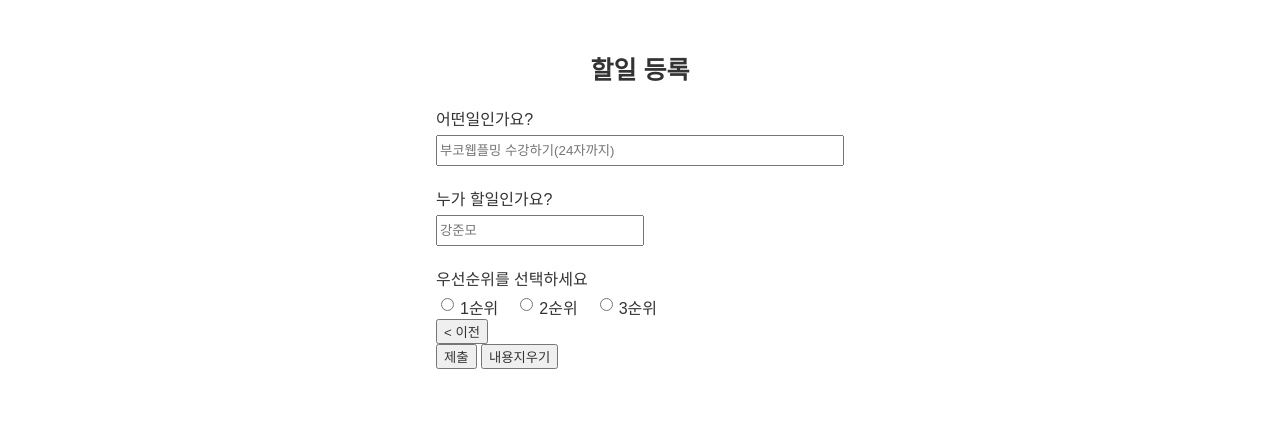
Repository: JmKanmo/BoostCourse_WebProgramming
Page: http://localhost/Todo/TodoFormServlet
These files come from the project's save history. The page is drawn as it stood at one moment and after the next save; the edit follows.
The browser window is 1280 px wide. The pictures show the whole page.
The page is served by Tomcat 9. Other server files are loaded and not shown.

Above is the page before, as saved 2020-01-21 01:30:21.

### Todo/src/main/webapp/todoForm.jsp
<%@ page language="java" contentType="text/html; charset=UTF-8"
	pageEncoding="UTF-8"%>
<!DOCTYPE html>
<html>
<head>
<meta charset="UTF-8">
<title>Insert title here</title>
<link rel="stylesheet" href="./css/todoForm.css">
</head>

<body>
	<div class="wrap">
		<form action="http://localhost:8080/Todo/TodoAddServlet" method="POST">
			<h1 class="title">할일 등록</h1>

			<div class="work_box">
				<label for="work">어떤일인가요?</label> <input type="text" id="work"
					class="workInput" placeholder="부코웹플밍 수강하기(24자까지)" required
					maxlength="24" />
			</div>

			<div class="who_box">
				<label for="who">누가 할일인가요?</label> <input type="text" id="who"
					class="whoInput" placeholder="강준모" required />
			</div>

			<div class="priority_box clear_fix">
				<label for="priority_1th">우선순위를 선택하세요</label>

				<div class="priority clear_fix">
					<input type="radio" id="priority_1th" name="priority" value="1th">
					<label for="priority_1th">1순위</label>
				</div>

				<div class="priority clear_fix">
					<input type="radio" id="priority_2th" name="priority" value="2th">
					<label for="priority_2th">2순위</label>
				</div>

				<div class="priority clear_fix">
					<input type="radio" id="priority_3th" name="priority" value="3th">
					<label for="priority_3th">3순위</label>
				</div>
			</div>

			<div class="button_box clear_fix">
				<button class="prev_btn" value="뒤로가기" onclick="history.back();">
					<p>< 이전</p>
				</button>

				<div class="btn_group clear_fix">
					<button class="submit_btn" type="submit" value="result">
						<p>제출</p>
					</button>
					<button class="reset_btn" type="reset" value="Reset">
						<p>내용지우기</p>
					</button>
				</div>
			</div>
		</form>
	</div>
</body>
</html>

### Todo/src/main/java/Todo/TodoFormServlet.java
package Todo;

import java.io.IOException;

import javax.servlet.RequestDispatcher;
import javax.servlet.ServletException;
import javax.servlet.annotation.WebServlet;
import javax.servlet.http.HttpServlet;
import javax.servlet.http.HttpServletRequest;
import javax.servlet.http.HttpServletResponse;

/**
 * Servlet implementation class TodoFormServlet
 */
@WebServlet("/TodoFormServlet")
public class TodoFormServlet extends HttpServlet {
	private static final long serialVersionUID = 1L;

	/**
	 * @see HttpServlet#HttpServlet()
	 */
	public TodoFormServlet() {
		super();
		// TODO Auto-generated constructor stub
	}

	/**
	 * @see HttpServlet#doGet(HttpServletRequest request, HttpServletResponse
	 *      response)
	 */
	protected void doGet(HttpServletRequest request, HttpServletResponse response)
			throws ServletException, IOException {
		// TODO Auto-generated method stub
		RequestDispatcher requestDispatcher = getServletContext().getRequestDispatcher("/todoForm.jsp");
		requestDispatcher.forward(request, response);
	}

}

### Todo/src/main/webapp/css/todoForm.css
@charset "utf-8";

/* 초기화 */
html, body, h1, h2, h3, ul, ol, p, a, dl, dt, dd, figure {
	margin: 0;
	padding: 0;
	font-family: '나눔 고딕', NanumGothic, '돋움', Dotum, sans-serif;
	list-style: none;
	font-weight: normal;
	text-decoration: none;
	outline: none;
	color: #333;
}

.clear_fix::after {
	display: block;
	content: "";
	clear: both;
}

.blind {
	position: absolute;
	clip: rect(0, 0, 0, 0);
	width: 1px;
	height: 1px;
	margin: -1px;
	overflow: hidden;
}

.wrap {
	width: max-content;
	margin: 50px auto;
}

.wrap .title {
	font-size: 25px;
	text-align: center;
	font-weight: bold;
	text-align: center;
}

.work_box, .who_box, .priority_box {
	margin-top: 20px;
}

.work_box input {
	width: 400px;
	height: 25px;
	margin-top: 5px;
}

.wrap label {
	display: block;
}

.who_box input {
	margin-top: 5px;
	height: 25px;
	width: 200px;
	height: 25px;
}

.priority_box .priority {
	margin-top: 5px;
	float: left;
}

.priority label, .priority input {
	float: left;
}

.priority label {
	position: relative;
	left: 3px;
}

.priority:nth-child(n+3) {
	margin-left: 20px;
}

After the next save:
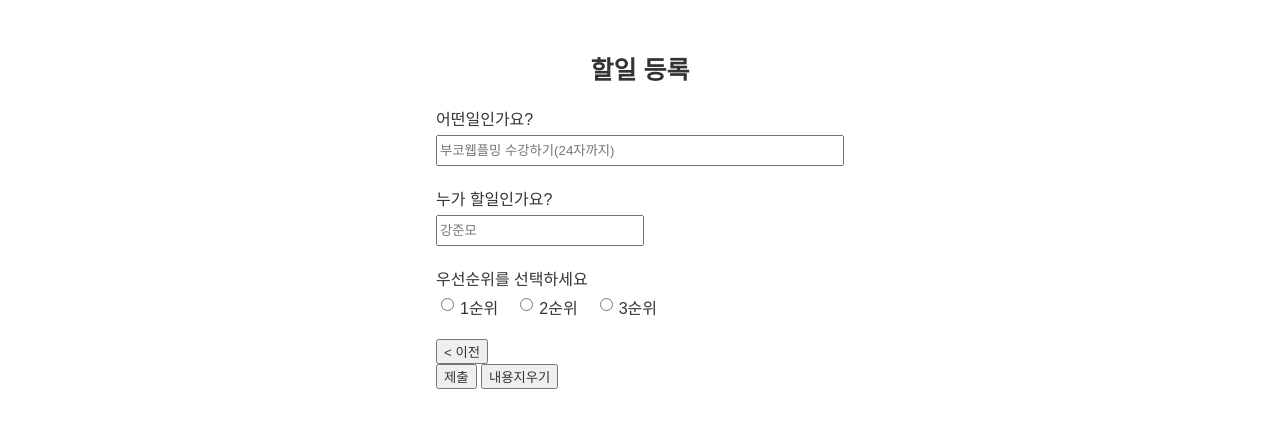
Saved 24 s later.
--- a/Todo/src/main/webapp/css/todoForm.css
+++ b/Todo/src/main/webapp/css/todoForm.css
@@ -39,7 +39,7 @@ html, body, h1, h2, h3, ul, ol, p, a, dl, dt, dd, figure {
 	text-align: center;
 }
 
-.work_box, .who_box, .priority_box {
+.work_box, .who_box, .priority_box, .button_box {
 	margin-top: 20px;
 }
 
